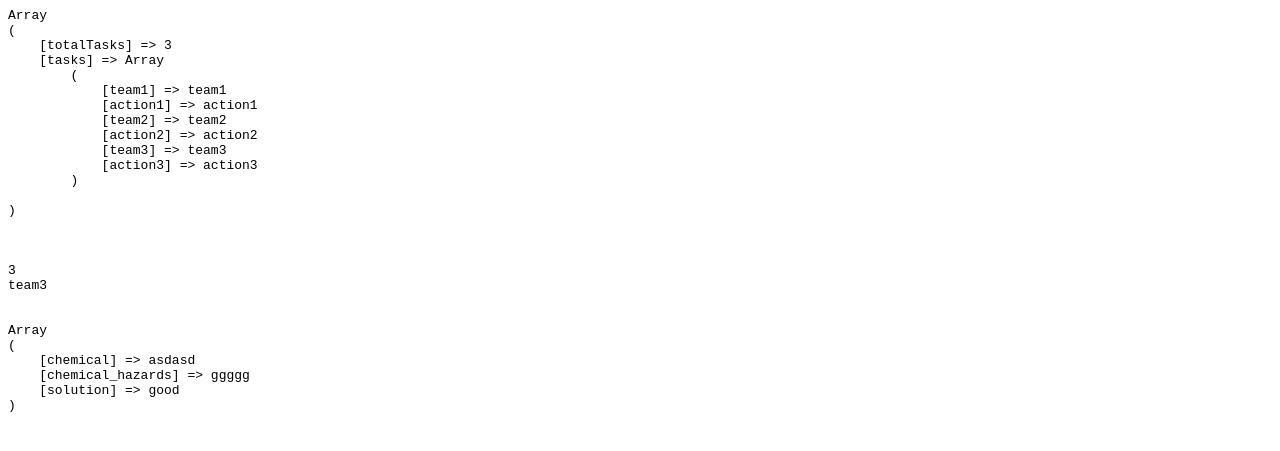
Repository: DonWhelan/Request-Hub
Page: http://localhost/test.php
The author's editor kept a record of every edit. The page is drawn from the files as they stood at one moment, then again after the next edit.
The browser window is 1280 px wide. The pictures show the whole page.
The page is run by PHP 8.4 with error messages shown; the project is at /var/www/html/.

Above is the page before.

### test.php
<?php
session_start();


$request = array(
                "totalTasks" => 3,

                "tasks" => array
                                (
                                  "team1" => "team1",
                                  "action1" => "action1",
                                  "team2" => "team2",
                                  "action2" => "action2",
                                  "team3" => "team3",
                                  "action3" => "action3"
                                )
              );
    echo "<pre>";
    print_r($request);
    echo "<br><br><br>";
    echo $request['totalTasks']."<br>";
    echo $request['tasks']['team3'] ;
    echo "<br><br><br>";

    $test = array('chemical' => 'asdasd', 'chemical_hazards' => 'ggggg'); //init
    $test['solution'] = 'good';
    print_r($test);





?>

After the next edit:
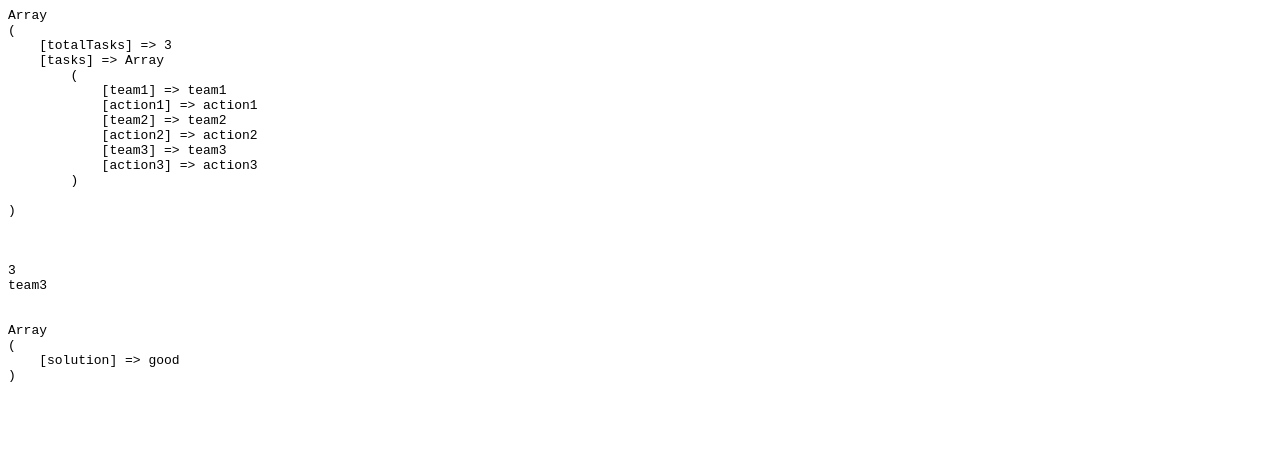
The edit:
--- a/test.php
+++ b/test.php
@@ -22,7 +22,7 @@
     echo $request['tasks']['team3'] ;
     echo "<br><br><br>";
 
-    $test = array('chemical' => 'asdasd', 'chemical_hazards' => 'ggggg'); //init
+    $test = array(); //init
     $test['solution'] = 'good';
     print_r($test);
 
